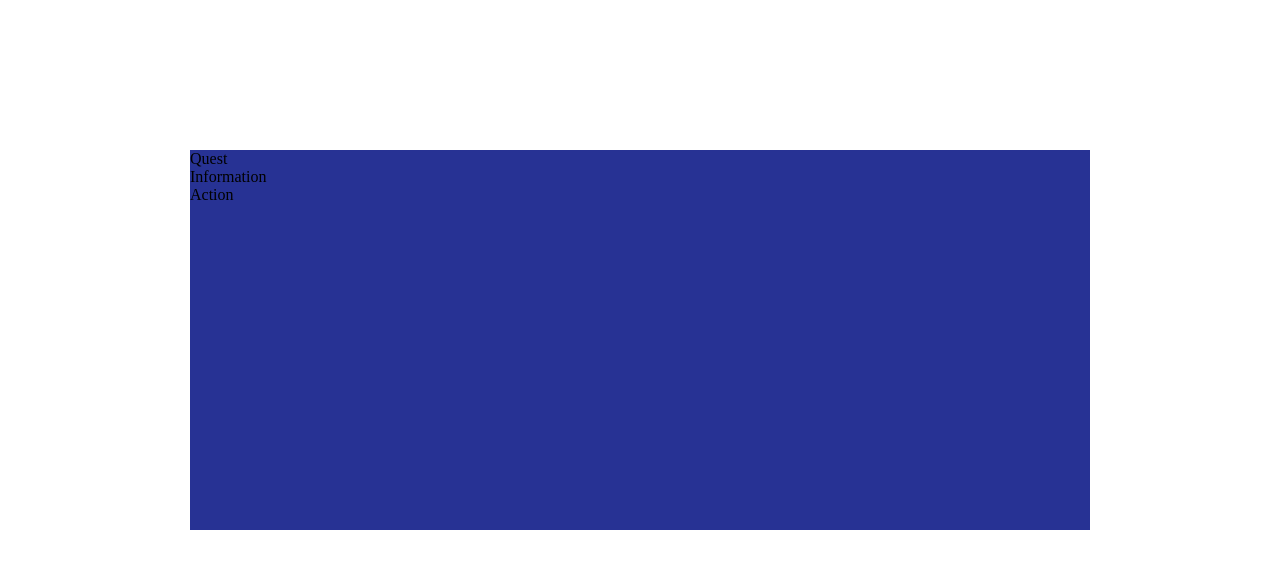
Repository: rahulnag7963/UBCHacks4.0
Page: /
An editor plug-in stored every save of this project. The page is shown before and after the next save, followed by the edit.
The browser window is 1280 px wide. The pictures show the whole page.
The project was rebuilt for these pictures with package versions that can differ from the ones it lists, and the page was loaded fresh each time.

Above is the page before, as saved 2022-11-26 02:40:30.

### public/index.html
<!DOCTYPE html>
<html lang="en">
  <head>
    <meta charset="utf-8" />
    <link rel="icon" href="%PUBLIC_URL%/favicon.ico" />
    <meta name="viewport" content="width=device-width, initial-scale=1" />
    <meta name="theme-color" content="#000000" />
    <meta
      name="description"
      content="Web site created using create-react-app"
    />
    <link rel="apple-touch-icon" href="%PUBLIC_URL%/logo192.png" />
    <link rel="manifest" href="%PUBLIC_URL%/manifest.json" />
    <title>BC Hacks 4.0 Game</title>
  </head>
  <body>
    <noscript>You need to enable JavaScript to run this app.</noscript>
    <div id="root"></div>
  </body>
</html>

### src/index.tsx
import React from 'react';
import ReactDOM from 'react-dom/client';
import './index.css';
import App from './app';

const root = ReactDOM.createRoot(
  document.getElementById('root') as HTMLElement
);

root.render(
  <React.StrictMode>
    <App />
  </React.StrictMode>
);

### src/app.tsx
import React from "react";
import "./app.css";
import Quest from "./Components/Quest";
import Information from "./Components/Information";
import Action from "./Components/Action";
function app() {
  return (
    <div className="app">
      <div className="Components">
        <Quest />
        <Information />
        <Action />
      </div>
    </div>
  );
}

export default app;

### src/app.css
.app {
    height: 380px;
    width: 900px;
    background-color: rgb(39, 50, 148);
    margin-left: auto;
    margin-right: auto;
    margin-top: 150px;



}

.component {
    text-align: center;
    padding: 250px;
}

### src/Components/Quest.tsx
import React from 'react'

const Quest = () => {
  return (
    <div>Quest</div>
  )
}

export default Quest

### src/Components/Information.tsx
import React from 'react'

const Information = () => {
  return (
    <div>Information</div>
  )
}

export default Information

### src/Components/Action.tsx
import React from 'react'

const Action = () => {
  return (
    <div>Action</div>
  )
}

export default Action

Loaded but not shown: src/index.css (common file)

After the next save:
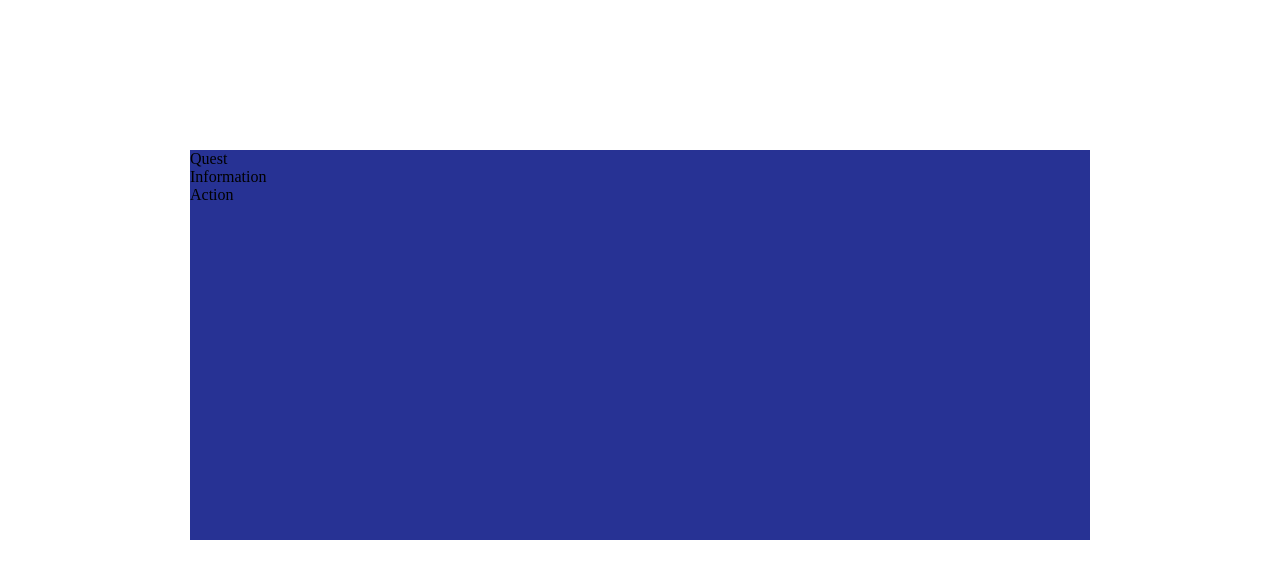
Saved 12 s later.
--- a/src/app.css
+++ b/src/app.css
@@ -1,5 +1,5 @@
 .app {
-    height: 380px;
+    height: 390px;
     width: 900px;
     background-color: rgb(39, 50, 148);
     margin-left: auto;
